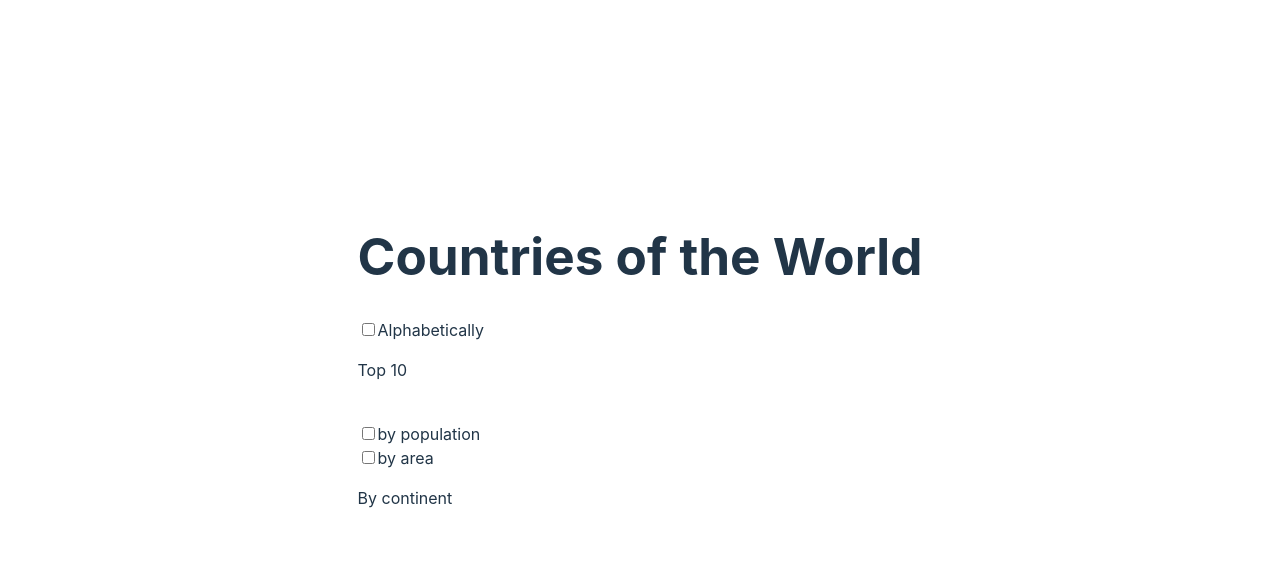
Repository: Vanessahyc/COMP3170_Lab06
Page: /
These files come from the project's save history. The page is drawn as it stood at one moment and after a run of saves; the edit follows.
The browser window is 1280 px wide. The pictures show the whole page.
The page's requests for data from a server got no answer. The project was rebuilt for these pictures with package versions that can differ from the ones it lists, and the page was loaded fresh each time. No one was signed in, and anything a server would have sent is missing. Also part of the build but not shown: vite.config.js, src/components/Country.jsx.

Above is the page before, as saved 2024-11-14 16:28:47.

After the next 2 saves:
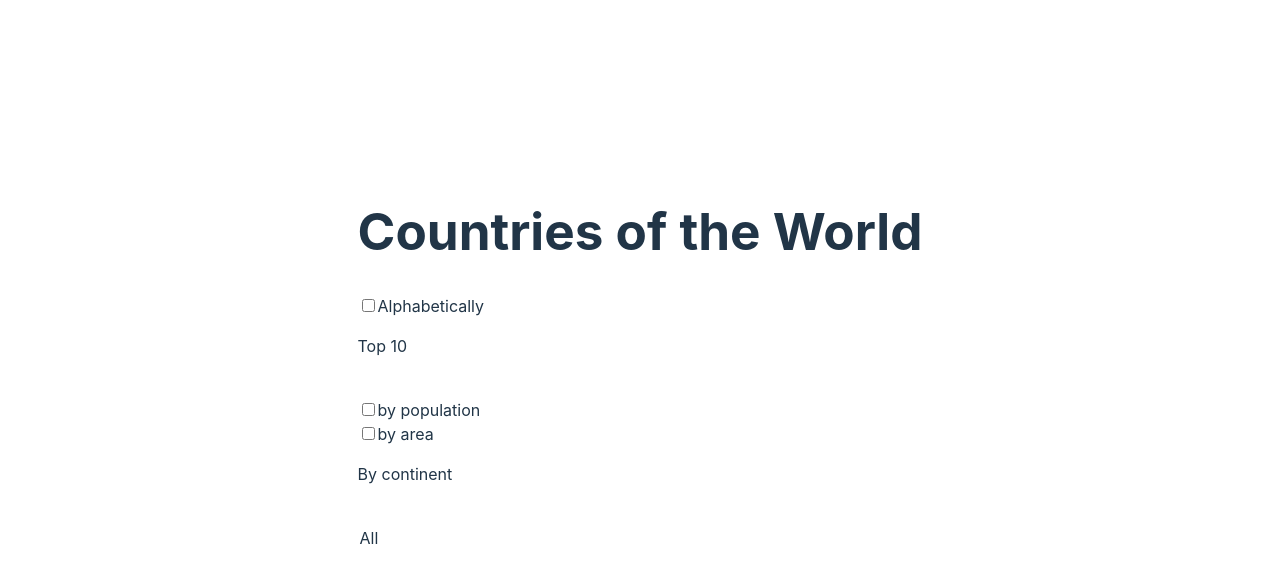
The 2 saves are shown as one change because they came seconds apart.
The last was saved 75 s later.
--- a/src/App.jsx
+++ b/src/App.jsx
@@ -37,7 +37,10 @@ function App() {
         </div>
         <div>
           <p>By continent</p>
-          <section></section>
+          <br/>
+          <section>
+            <option>All</option>
+          </section>
         </div>
       </div>
       <Countries countries={countries}/>
